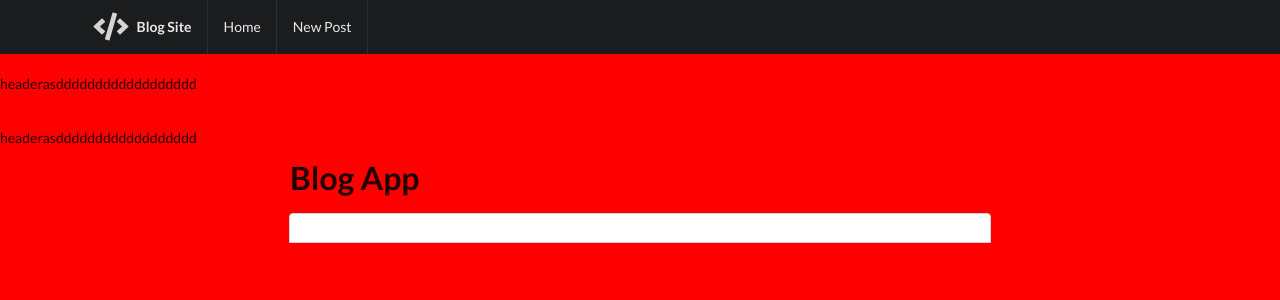
Repository: HuakunShen/LearnWeb
Page: http://localhost/blogs
The author's editor kept a record of every edit. The page is drawn from the files as they stood at one moment, then again after the next edit.
The browser window is 1280 px wide. The pictures show the whole page.
The page is served by the project's Node server (BlogApp/app.js). Queries for data that is not in the repository find no rows.

Above is the page before.

After the next edit:
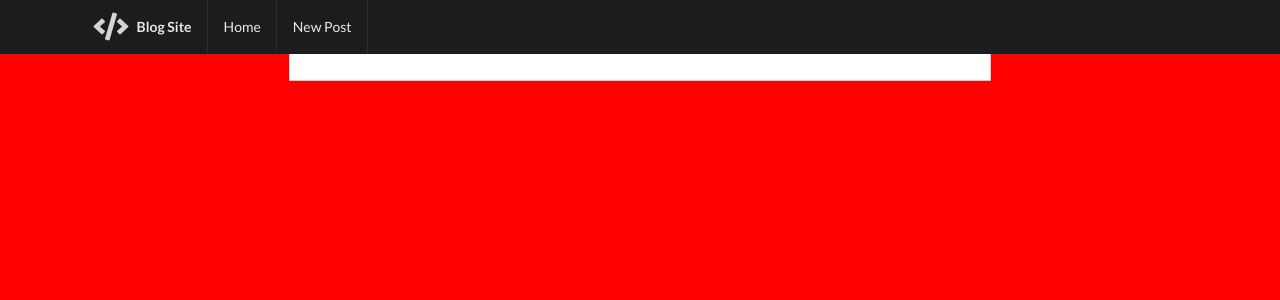
The edit:
--- a/workspace/BlogApp/views/partials/header.ejs
+++ b/workspace/BlogApp/views/partials/header.ejs
@@ -15,12 +15,7 @@
         /*}*/
     </style>
     <body>
-        <br>
-        <p>headerasdddddddddddddddddd</p>
-        <br>
-        <p>headerasdddddddddddddddddd</p>
-        <br>
-        <p>headerasdddddddddddddddddd</p>
+
         <div class="ui fixed inverted menu">
             <div class="ui container">
                 <div class="header item"><i class="code icon"></i>Blog Site</div>
